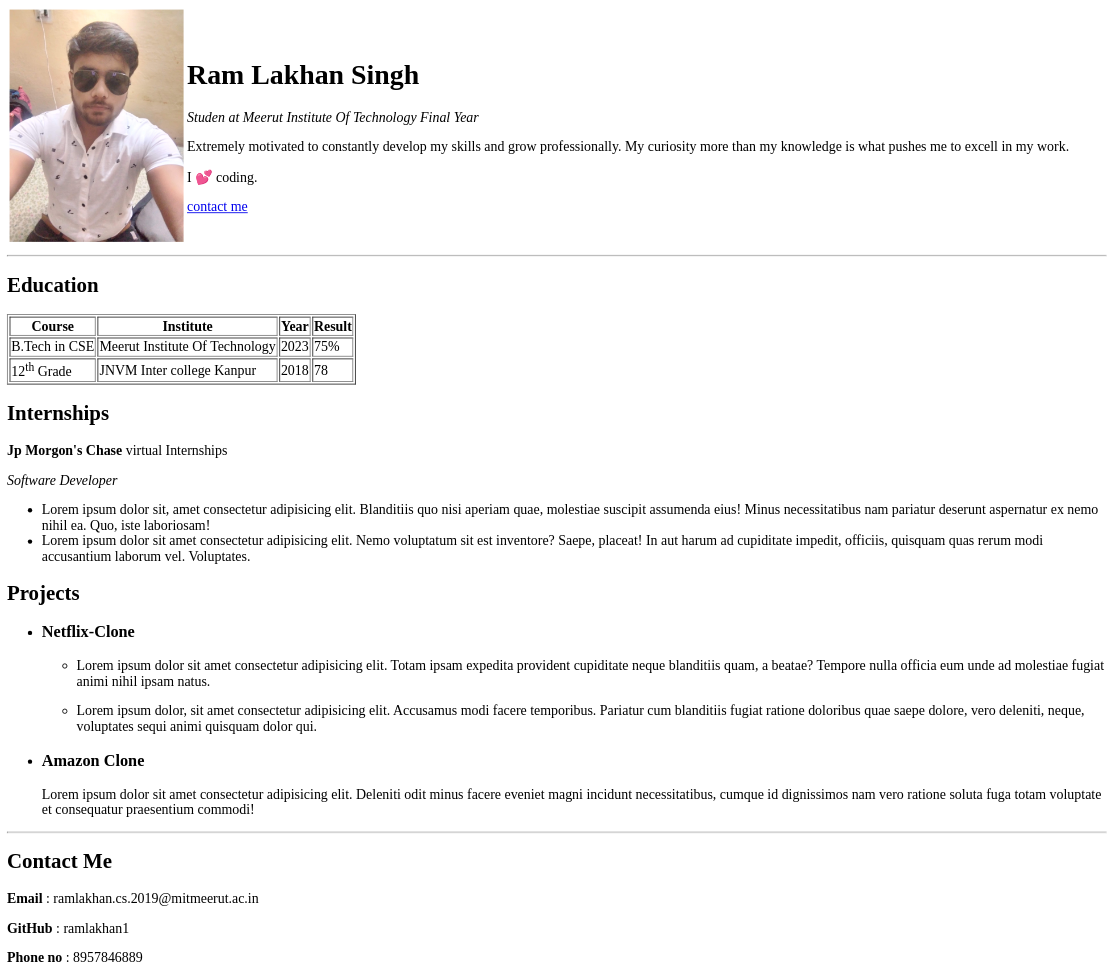
Repository: ramlakhan1/resume1
Page: resume.html
An editor plug-in stored every save of this project. The page is shown before and after a run of saves, followed by the edit.
The browser window is 1280 px wide. The pictures show the whole page, at 87% of full size.

Above is the page before, as saved 2022-11-05 15:27:32.

After the next 2 saves:
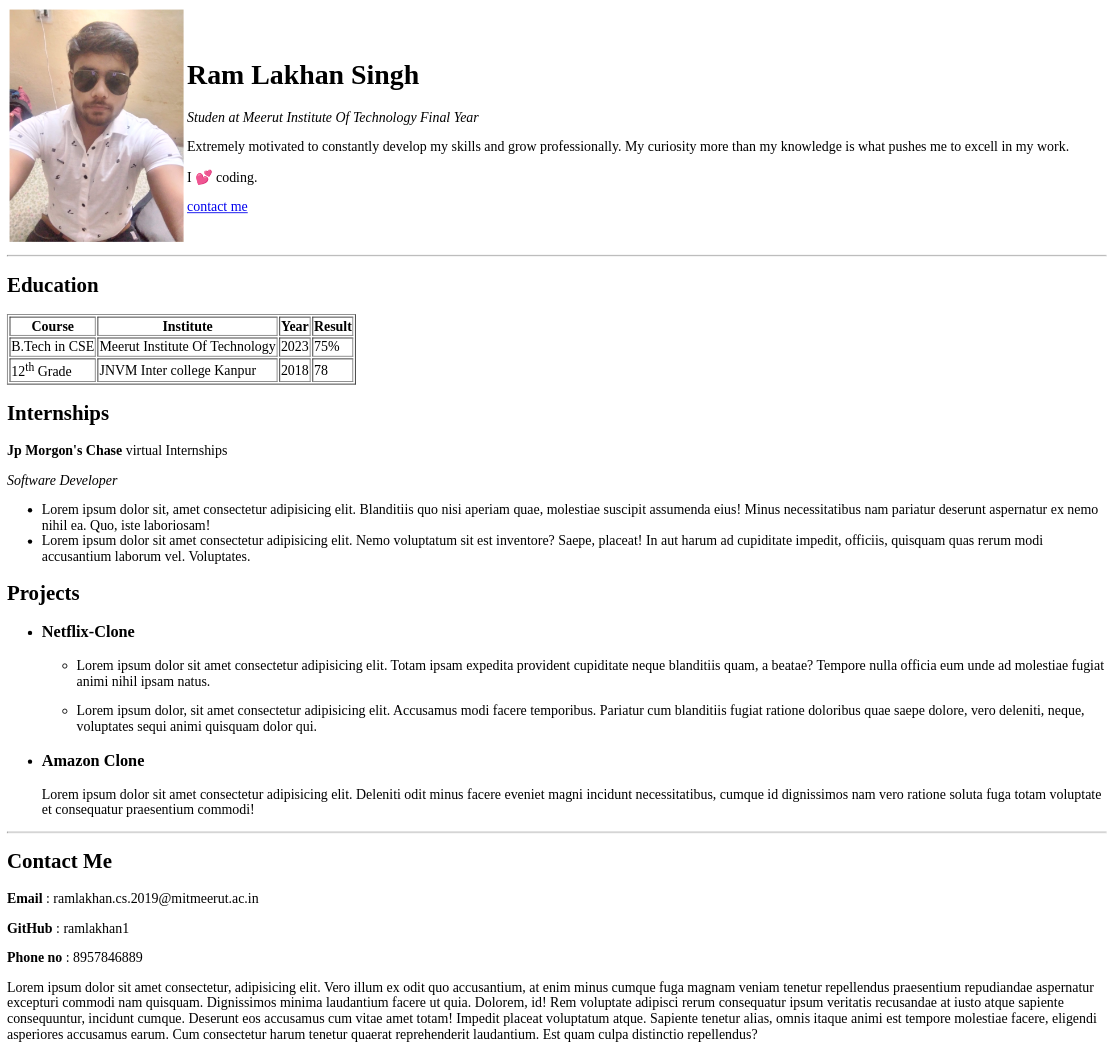
The 2 saves are shown as one change because they came seconds apart.
The last was saved 33 s later.
--- a/resume.html
+++ b/resume.html
@@ -102,5 +102,8 @@
     <p><strong>Email</strong> : ramlakhan.cs.2019@mitmeerut.ac.in</p>
     <p><strong>GitHub</strong> : ramlakhan1</p>
     <p><strong>Phone no</strong> : 8957846889</p>
+    <p>Lorem ipsum dolor sit amet consectetur, adipisicing elit. Vero illum ex odit quo accusantium, at enim minus cumque fuga magnam veniam tenetur repellendus praesentium repudiandae aspernatur excepturi commodi nam quisquam.
+    Dignissimos minima laudantium facere ut quia. Dolorem, id! Rem voluptate adipisci rerum consequatur ipsum veritatis recusandae at iusto atque sapiente consequuntur, incidunt cumque. Deserunt eos accusamus cum vitae amet totam!
+    Impedit placeat voluptatum atque. Sapiente tenetur alias, omnis itaque animi est tempore molestiae facere, eligendi asperiores accusamus earum. Cum consectetur harum tenetur quaerat reprehenderit laudantium. Est quam culpa distinctio repellendus?</p>
   </body>
 </html>
